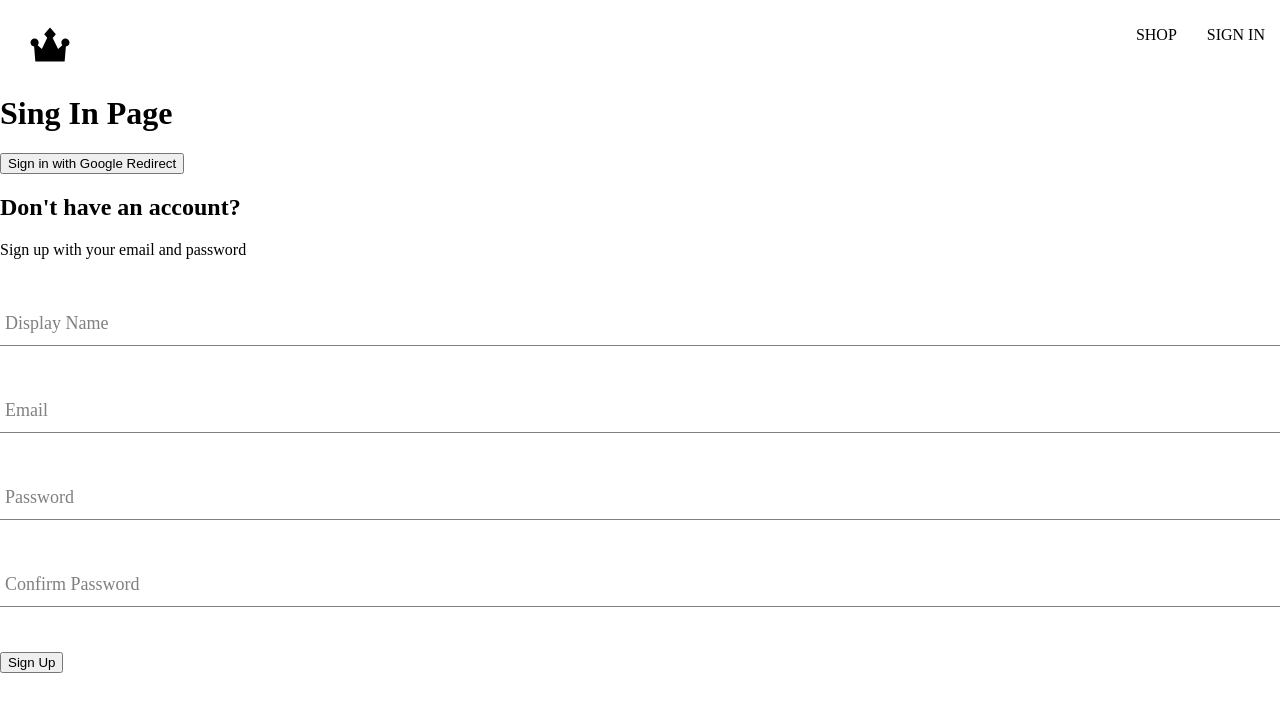
Repository: Chadi2000/crwn-clothing
Page: /signIn
The author's editor kept a copy of each file at every save. The page is drawn from the files as they stood at one save, then again after the next save.
The browser window is 1280 px wide. The pictures show the whole page.
The project was rebuilt for these pictures with package versions that can differ from the ones it lists, and the page was loaded fresh each time. Also part of the build but not shown: src/categories.styles.scss, src/components/category-item/category-item.styles.scss, src/components/category-item/category-item.component.jsx, src/components/directory/directory.styles.scss, src/components/directory/directory.component.js, src/routes/home/home.component.jsx.

Above is the page before, as saved 2024-02-11 19:32:39.

### public/index.html
<!DOCTYPE html>
<html lang="en">
  <head>
    <meta charset="utf-8" />
    <link rel="icon" href="%PUBLIC_URL%/favicon.ico" />
    <meta name="viewport" content="width=device-width, initial-scale=1" />
    <meta name="theme-color" content="#000000" />
    <meta
      name="description"
      content="Web site created using create-react-app"
    />
    <link rel="apple-touch-icon" href="%PUBLIC_URL%/logo192.png" />
    <link rel="preconnect" href="https://fonts.googleapis.com">
    <link rel="preconnect" href="https://fonts.gstatic.com" crossorigin>
    <link
    href="https://fonts.googleapis.com/css2?family=Open+Sans:ital,wght@0,300..800;1,300..800&family=Roboto:wght@300&display=swap"
    rel="stylesheet">
    <!--
      manifest.json provides metadata used when your web app is installed on a
      user's mobile device or desktop. See https://developers.google.com/web/fundamentals/web-app-manifest/
    -->
    <link rel="manifest" href="%PUBLIC_URL%/manifest.json" />
    <!--
      Notice the use of %PUBLIC_URL% in the tags above.
      It will be replaced with the URL of the `public` folder during the build.
      Only files inside the `public` folder can be referenced from the HTML.

      Unlike "/favicon.ico" or "favicon.ico", "%PUBLIC_URL%/favicon.ico" will
      work correctly both with client-side routing and a non-root public URL.
      Learn how to configure a non-root public URL by running `npm run build`.
    -->
    <title>React App</title>
  </head>
  <body>
    <noscript>You need to enable JavaScript to run this app.</noscript>
    <div id="root"></div>
    <!--
      This HTML file is a template.
      If you open it directly in the browser, you will see an empty page.

      You can add webfonts, meta tags, or analytics to this file.
      The build step will place the bundled scripts into the <body> tag.

      To begin the development, run `npm start` or `yarn start`.
      To create a production bundle, use `npm run build` or `yarn build`.
    -->
  </body>
</html>

### src/index.scss
body {
  margin: 0;
  font-family: 'Open Sans'
    sans-serif;
    font-weight: 300 800;
  font-stretch: 100%;
  font-display: swap;
  -webkit-font-smoothing: antialiased;
  -moz-osx-font-smoothing: grayscale;
}

code {
  font-family: source-code-pro, Menlo, Monaco, Consolas, 'Courier New',
    monospace;
}

a{
  text-decoration: none;
  color: black;
}

* {
  box-sizing: border-box;
}

### src/App.js
import './categories.styles.scss';
import { Outlet } from 'react-router-dom';
import Directory from './components/directory/directory.component';
import Home from './routes/home/home.component';
import { Routes, Route } from 'react-router-dom';
import Navigation from './routes/navigation/navigation.component';
import SignIn from './routes/sign-in/sign-in.component';



const Shop =() =>{
  return(
    <h1>SHop from me</h1>
  )
}

const App = () => {


 return(
  <Routes>
    <Route path='/' element={<Navigation />}>
      <Route path='/' element={<Home />} />
      <Route path='shop' element={<Shop/>} />
      <Route path='/signIn' element= {<SignIn />} />

    </Route>

  </Routes>
 );
}

export default App;

### src/routes/navigation/navigation.component.jsx
import { Outlet, Link } from "react-router-dom"
import { Fragment } from "react";
import { ReactComponent as CrwnLogo } from "../../assets/crown.svg";
import './navigation.styles.scss';
const Navigation = () =>{
    return (
      <Fragment>
        <div className="navigation">
            <Link className="logo-container" to='/'>
                <CrwnLogo />
            </Link>

          <div className="nav-links-container">
            <Link className="nav-link"  to='/shop'>
                SHOP
            </Link>
            <Link className="nav-link"  to='/signIn'>
                SIGN IN
            </Link>
          </div>
        </div>
        <Outlet />
      </Fragment>
    )
  }

  export default Navigation;

### src/routes/sign-in/sign-in.component.jsx
import { useEffect } from "react";
import { getRedirectResult } from "firebase/auth";

import {
        auth,
        signInWithGooglePopup,
        signInWithGoogleRedirect ,
        createUserDocumentFromAuth
    } from "../../utils/firebase/firebase.utils";
import SignUpForm from "../../components/sign-up-form/sign-up-form.component";

const SignIn = () => {

    useEffect(() => {
        // Define an asynchronous function inside useEffect
        const fetchData = async () => {
          try {
            // You can await here
            const response = await getRedirectResult(auth);
            if(response){
                const userDocRef = await createUserDocumentFromAuth(response.user)
            }
          } catch (error) {
            console.error('Error fetching data:', error);
          }
        };

        // Call the asynchronous function immediately
        fetchData();

        // Specify dependencies if needed (empty array if not)
      }, []); // Add dependencies if needed


    const logGoogleUser = async () =>{
        const {user} = await signInWithGooglePopup();
        const userDocRef = await createUserDocumentFromAuth(user);

    }






    return(
        <div>
            <h1>Sing In Page</h1>
            {/* <button onClick={logGoogleUser}>
                Sign in with Google Popup
            </button> */}
            <button onClick={signInWithGoogleRedirect}>
                Sign in with Google Redirect
            </button>
            <SignUpForm />
        </div>
    )
}

export default SignIn;

### src/routes/navigation/navigation.styles.scss
.navigation{
    height: 70px;
    width: 100%;
    display: flex;
    justify-content: space-between;
    margin-bottom: 25px;

    .logo-container{
        height: 100%;
        width: 70px;
        padding: 25px;
        -webkit-box-align: center;
        align-items: center;
        justify-content: center;
    }
    .nav-links-container{
        width: 50%;
        height: 100%;
        -webkit-box-align: center;
        align-items: center;
        -webkit-box-pack: end;
        display: flex;
        justify-content: flex-end;
        .nav-link{
            padding: 10px 15px;
            cursor: pointer;
        }
    }


}

### src/utils/firebase/firebase.utils.js
import {initializeApp} from 'firebase/app';
import {
     getAuth,
     signInWithRedirect,
     signInWithPopup,
     GoogleAuthProvider,
     createUserWithEmailAndPassword
    } from 'firebase/auth';

import {
    getFirestore,
    doc,
    getDoc,
    setDoc
}  from'firebase/firestore'

const firebaseConfig = {
    apiKey: "AIzaSyCFm4naOY8EzymqmFzu3h2__lM1anMpCoU",
    authDomain: "crwn-clothing-db-ab0ad.firebaseapp.com",
    projectId: "crwn-clothing-db-ab0ad",
    storageBucket: "crwn-clothing-db-ab0ad.appspot.com",
    messagingSenderId: "89349111223",
    appId: "1:89349111223:web:714444d59a5d8bfdf53c32"
  };

  // Initialize Firebase
  const firebaseApp = initializeApp(firebaseConfig);
  const googleProvider = new GoogleAuthProvider();

  googleProvider.setCustomParameters({
    prompt: "select_account"
  })

  export const auth = getAuth();
  export const signInWithGooglePopup = () =>
   signInWithPopup(auth, googleProvider);
  export const signInWithGoogleRedirect =()=>
   signInWithRedirect(auth, googleProvider)

  export const db = getFirestore();
  export const createUserDocumentFromAuth = async (
    userAuth,
    additionalInformation={}
    )=>{
    if(!userAuth) return ;
    const userDocRef = doc(db,'users',userAuth.uid )

    console.log(userDocRef);

    const userSnapshot = await getDoc(userDocRef);
    console.log(userSnapshot);
    console.log(userSnapshot.exists());

    if(!userSnapshot.exists()){
        const {displayName , email} = userAuth;
        const createdAt = new Date();

        try{
            await setDoc(userDocRef, {
                displayName,
                email,
                createdAt,
                ...additionalInformation
            })
        }catch(error){
            console.log('error creating the user', error.message)
        }
    }

    return userDocRef;
  }

  export const createAuthUserWithEmailAndPassword = async (email, password)=>{
    if(!email || !password) return;
    return await createUserWithEmailAndPassword(auth, email, password)
  };

### src/components/sign-up-form/sign-up-form.component.jsx
import { useState } from "react";
import { createAuthUserWithEmailAndPassword, createUserDocumentFromAuth } from "../../utils/firebase/firebase.utils";
import FormInput from "../form-input/form-input.component";

const defaultFormFields ={
    displayName: '',
    email:'',
    password:'',
    confirmPassword: ''
}

const SignUpForm =() =>{

    const [formFields, setFormFields] = useState(defaultFormFields);
    const { displayName, email, password, confirmPassword} = formFields;

    console.log(formFields);

    const resetFormFields = () =>{
        setFormFields(defaultFormFields);
    }

    const handleSubmit = async(event) =>{
        event.preventDefault();

        if(password != confirmPassword){
            alert("password do not match");
            return;
        }

        try{
            const {user} = await createAuthUserWithEmailAndPassword(email, password);

            await createUserDocumentFromAuth(user,{ displayName });
            resetFormFields();


        }catch(error){
            if(error.code ==  'auth/email-already-in-use'){
                alert('Cannot create user, email already in use');
            } else{
                console.log('user created encountered an error', error);
            }

        }
    }



    const handlechange = (event) =>{

        setFormFields({...formFields, [event.target.name]:event.target.value})
    }

    return (


        <div className="sign-up-container">
            <h2>Don't have an account?</h2>
            <span>Sign up with your email and password</span>
            <form onSubmit={handleSubmit}>
                <FormInput
                label="Display Name"
                inputOptions = {{
                    type:"text",
                    required:true,
                    onChange:handlechange,
                    name:"displayName",
                    value : displayName,
                    }}
                     />

                <FormInput
                label="Email"
                inputOptions = {{
                    type:"email",
                    required:true,
                    onChange:handlechange,
                    name:"email",
                    value : email,
                    }}
                     />

                <FormInput
                label="Password"
                inputOptions = {{
                    type:"password",
                    required:true,
                    onChange:handlechange,
                    name:"password",
                    value : password,
                    }}
                     />

                <FormInput
                label="Confirm Password"
                inputOptions = {{
                    type:"password",
                    required:true,
                    onChange:handlechange,
                    name:"confirmPassword",
                    value : confirmPassword,
                    }}
                     />


                <button type="submit">Sign Up</button>
            </form>
        </div>
    )
}

export default SignUpForm;

### src/components/form-input/form-input.component.jsx
import './form-input.styles.scss';


const FormInput = ({label, inputOptions}) =>{
    return (
        <div className="group">
            <input className="form-input" {...inputOptions} />
            {
                label &&(
            <label className={`${inputOptions.value.length ? 'shrink': ''}
            form-input-label`}>{label}</label>)}



        </div>

    )
}
export default FormInput;

### src/components/form-input/form-input.styles.scss
$sub-color: grey;
$main-color: black;

@mixin shrinkLabel{
    top: -14px;
    font-size: 12px;
    color:$main-color ;
}

.group{
    position: relative;
    margin: 45px 0;
    .form-input{
        background: none;
        background-color: white;
        color:$sub-color;
        font-size: 18px;
        padding: 10px 10px 10px 5px;
        display: block;
        width: 100%;
        border: none;
        border-radius: 0;
        border-bottom: 1px solid $sub-color;
        border-top: none;
        border-right: none;
        border-left: none;
        margin: 25px 0;

        &:focus{
            outline: none;
        }
        &:focus ~ .form-input-label{
            @include shrinkLabel();
        }
    }

    input[type='password']{
        letter-spacing: 0.3em;
    }

    .form-input-label{
        color: $sub-color;
        font-size: 18px;
        font-weight: normal;
        position: absolute;
        pointer-events: none;
        left: 5px;
        top: 10px;
        transition: all 300ms ease 0s;
        line-height: 1;
        &.shrink{
            @include shrinkLabel()
        }

    }


}

Loaded but not shown: src/index.js (common file); src/reportWebVitals.js (common file); src/components/sign-up-form/sign-up-form.styles.scss (common file)

After the next save:
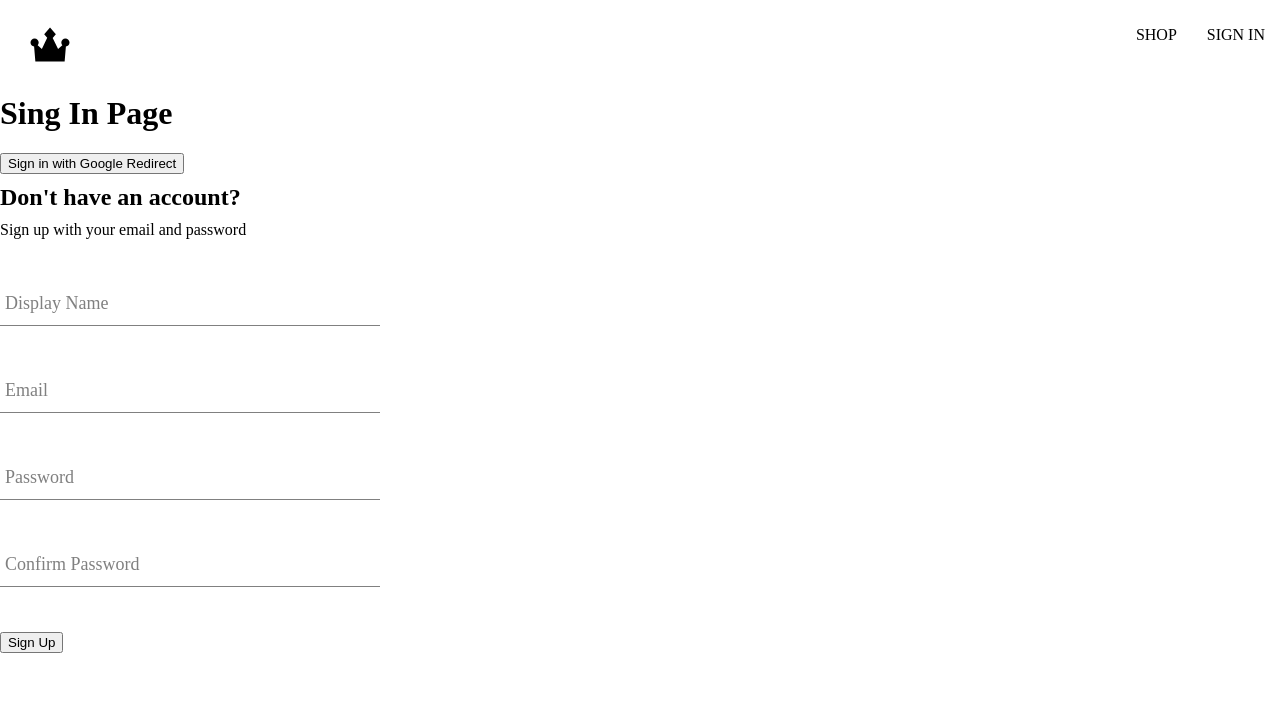
Saved 33 s later.
--- a/src/components/sign-up-form/sign-up-form.component.jsx
+++ b/src/components/sign-up-form/sign-up-form.component.jsx
@@ -1,6 +1,7 @@
 import { useState } from "react";
 import { createAuthUserWithEmailAndPassword, createUserDocumentFromAuth } from "../../utils/firebase/firebase.utils";
 import FormInput from "../form-input/form-input.component";
+import './sign-up-form.styles.scss';
 
 const defaultFormFields ={
     displayName: '',

After the save that followed:
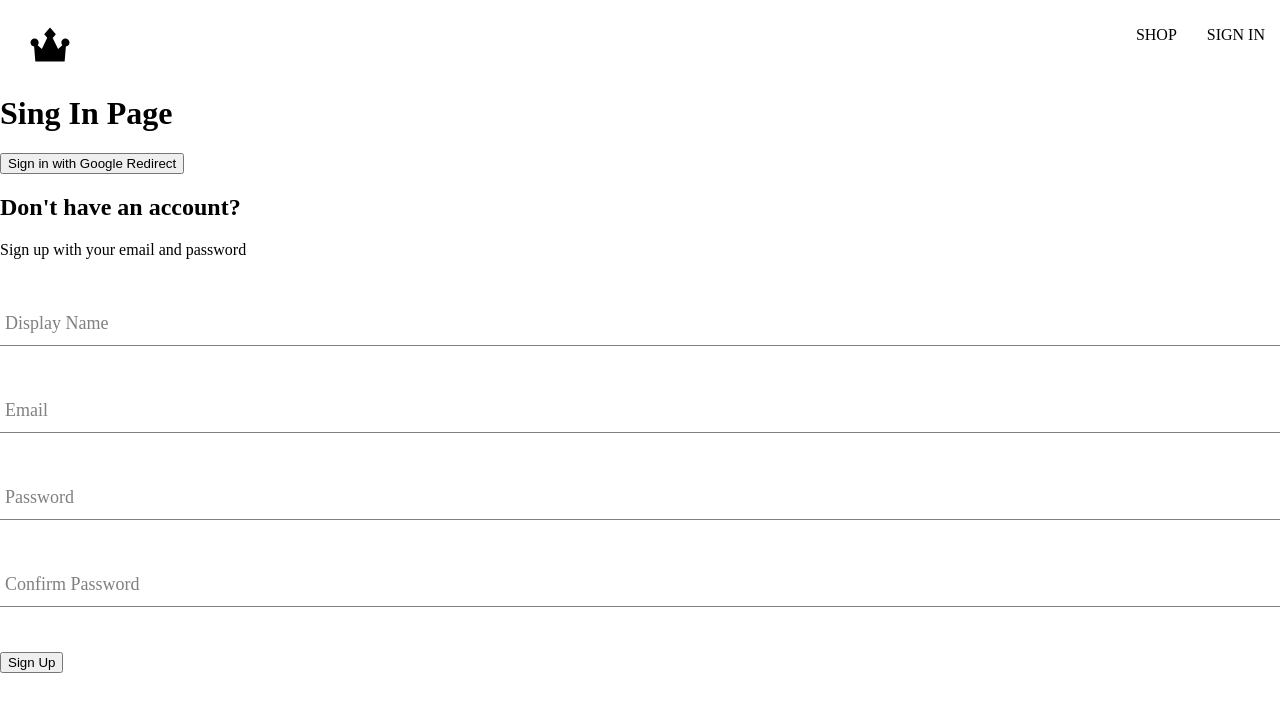
Saved 50 s later.
--- a/src/components/sign-up-form/sign-up-form.component.jsx
+++ b/src/components/sign-up-form/sign-up-form.component.jsx
@@ -1,7 +1,7 @@
 import { useState } from "react";
 import { createAuthUserWithEmailAndPassword, createUserDocumentFromAuth } from "../../utils/firebase/firebase.utils";
 import FormInput from "../form-input/form-input.component";
-import './sign-up-form.styles.scss';
+//import './sign-up-form.styles.scss';
 
 const defaultFormFields ={
     displayName: '',
